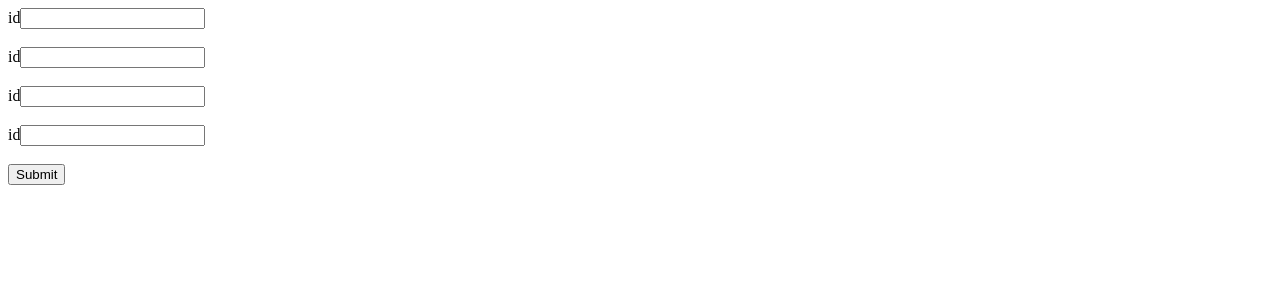
Repository: Amit1420/Advance-Java
Page: ServletIntro/src/main/webapp/saveStudent.html
The author's editor kept a copy of each file at every save. The page is drawn from the files as they stood at one save, then again after the next save.
The browser window is 1280 px wide. The pictures show the whole page.

Above is the page before, as saved 2023-05-09 08:17:47.

After the next save:
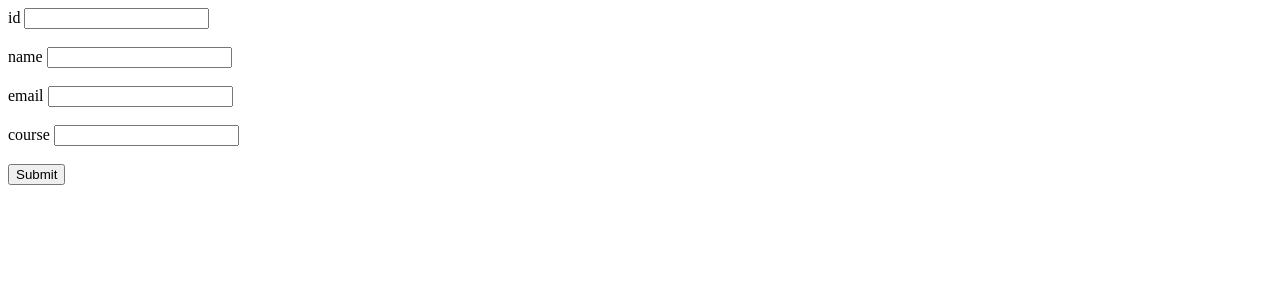
Saved 35 s later.
--- a/ServletIntro/src/main/webapp/saveStudent.html
+++ b/ServletIntro/src/main/webapp/saveStudent.html
@@ -6,10 +6,10 @@
 </head>
 <body>
 <form action="student" method="post">
-id<input type="text" name="id"><br><br>
-id<input type="text" name="id"><br><br>
-id<input type="text" name="id"><br><br>
-id<input type="text" name="id"><br><br>
+id <input type="text" name="id"><br><br>
+name <input type="text" name="name"><br><br>
+email <input type="text" name="email"><br><br>
+course <input type="text" name="course"><br><br>
 <input type="submit"><br><br>
 
 </form>
